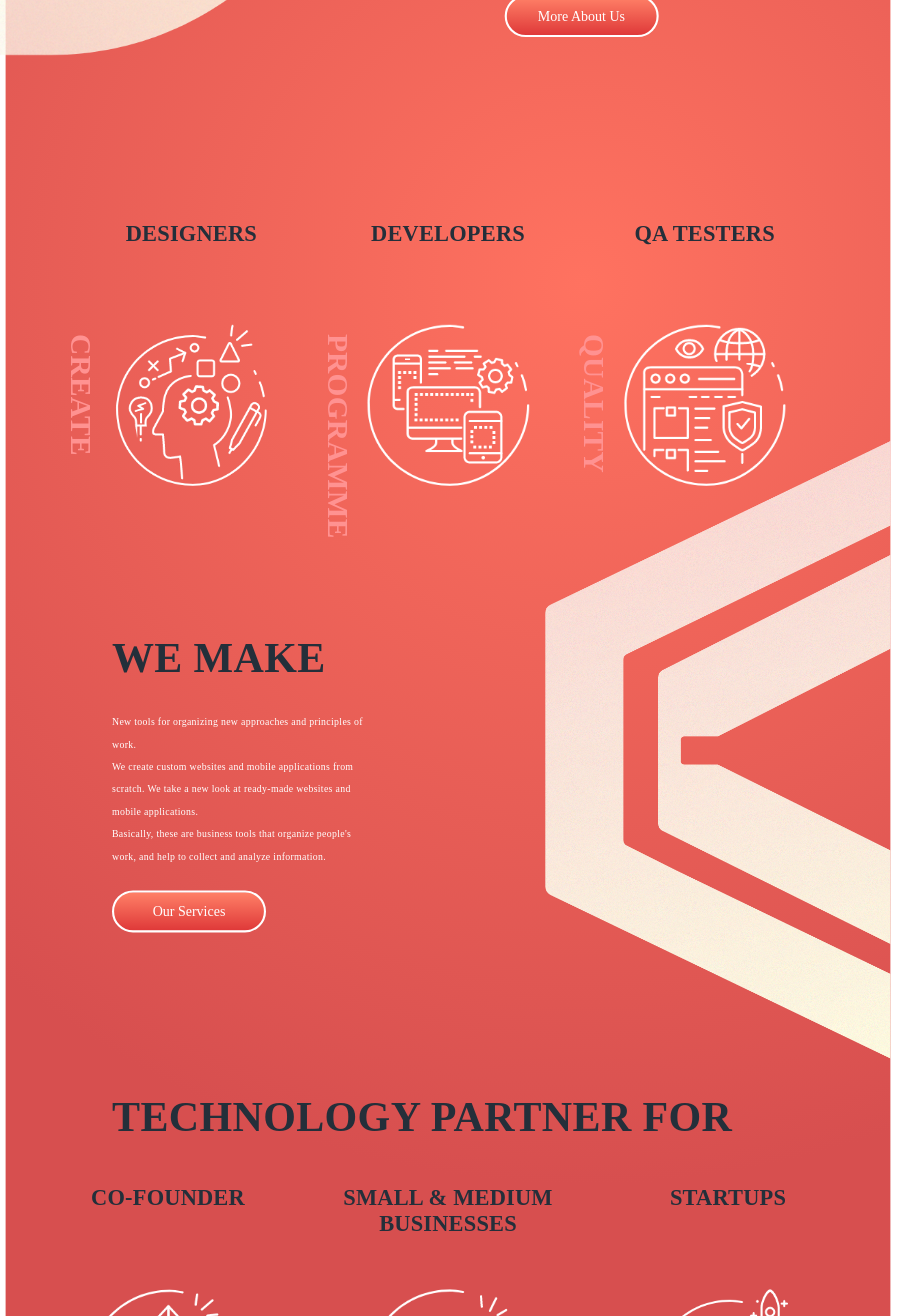
Repository: batonAnton/Ukiepro_girl
Page: index.html
These files come from the project's save history. The page is drawn as it stood at one moment and after the next save; the edit follows.
The browser window is 1280 px wide. The page is 1318 px wide, so the pictures cover 1318 px, including what lies to the right of the window. The pictures show the part of the page from y = 1410 to 3290 px (the page is 8827 px tall), at 70% of full size.

Above is the page before, as saved 2020-05-04 16:47:20.

### index.html
<!DOCTYPE html>
<html lang="en">
  <head>
    <meta charset="UTF-8" />
    <meta name="viewport" content="width=device-width, initial-scale=1.0" />
    <meta content="width=device-width, initial-scale=1" name="viewport" />
    <title>Main Page</title>
    <link rel="stylesheet" href="./Css/style.css" />
    <link rel="stylesheet" href="./Css/media-query.css" />
    <link rel="stylesheet" href="Css/owl.carousel.min.css" />

    <script
      src="https://code.jquery.com/jquery-3.4.1.slim.min.js"
      integrity="sha256-pasqAKBDmFT4eHoN2ndd6lN370kFiGUFyTiUHWhU7k8="
      crossorigin="anonymous"
    ></script>
    <script src="js/owl.carousel.min.js"></script>
    <script src="js/owl-carousel.js"></script>
  </head>
  <body>
    <div>
      <div class="block1">
        <nav>
          <a href="">services</a>
          <a href="">about</a>
          <a href="">portfolio</a>
          <a href="">contact</a>
        </nav>
        <div class="big_logo">
          <img src="./img/Combined_Shape.png" alt="" />

          <div class="btn_block1">
            <p>
              Automating your <br />
              business is up to
            </p>

            <button>Contact us</button>
          </div>
        </div>
        <div class="girl">
          <img src="./img/girl.png" alt="" />
        </div>
      </div>

      <div class="container block2">
        <div class="block2_info">
          <div class="block2_img">
            <img src="./img/block2_logo.png" alt="" />
          </div>

          <div class="weare">
            <h1 class="h1_general">we are</h1>
            <p>
              Business is not about success but about efficiency! <br />
              We are engaged in the implementation of automated <br />
              solutions for commercially-oriented projects. We <br />
              redesign in order to save your time and money.
            </p>
            <button>More about us</button>
          </div>
        </div>

        <div class="container three_img_info">
          <div class="same_img_info">
            <h1>designers</h1>
            <img src="./img/designer.png" alt="" />
            <p>create</p>
          </div>

          <div class="same_img_info">
            <h1>developers</h1>
            <img src="./img/developers.png" alt="" />
            <p>programme</p>
          </div>

          <div class="same_img_info">
            <h1>qa testers</h1>
            <img src="./img/qa.png" alt="" />
            <p>quality</p>
          </div>
        </div>

        <div class="container block2_info2">
          <div class="wemake">
            <h1 class="h1_general">we make</h1>

            <p>
              New tools for organizing new approaches and principles of <br />
              work. <br />
              We create custom websites and mobile applications from <br />
              scratch. We take a new look at ready-made websites and <br />
              mobile applications. <br />
              Basically, these are business tools that organize people's <br />
              work, and help to collect and analyze information.
            </p>

            <button>Our services</button>
          </div>

          <div class="block2_img_rombo">
            <img src="./img/rombo.png" alt="" />
          </div>
        </div>

        <div class="container block2_info2 lastblock">
          <!-- <div> -->
          <h1 class="h1_general" style="margin-left: 10%;">
            technology partner for
          </h1>
          <!-- </div> -->

          <div class="same_img_info">
            <h1>co-founder</h1>
            <img src="./img/co-founder.png" alt="" />
          </div>

          <div class="same_img_info">
            <h1>
              small & medium <br />
              businesses
            </h1>
            <img src="./img/business.png" alt="" />
          </div>

          <div class="same_img_info">
            <h1>startups</h1>
            <img src="./img/startup.png" alt="" />
          </div>
        </div>
      </div>

      <!-- block3 -->

      <div class="block3">
        <h1 class="h1_general">our projects</h1>
        <div class="container block3_same_block">
          <img src="./img/block3_1.png" alt="" />
          <div class="block3_info">
            <a href="" class="row_btn"
              >hs sports v2.0 <img src="./img/ico_next.png" alt=""
            /></a>

            <p>
              To upgrade existing HS Sports platform: completely change <br />
              design, make it more socio-oriented, submit new statistics, <br />
              create new sections and modules, update all existing <br />
              sections of the website and make it faster.
            </p>
          </div>
        </div>

        <div class="container block3_same_block block3_2">
          <img src="./img/block3_2.png" alt="" />
          <div class="block3_info_2">
            <a href="" class="row_btn"
              >hss recruiter <img src="./img/ico_next.png" alt=""
            /></a>

            <p>
              To upgrade existing HS Sports platform: completely change <br />
              design, make it more socio-oriented, submit new statistics, <br />
              create new sections and modules, update all existing <br />
              sections of the website and make it faster.
            </p>
          </div>
        </div>

        <div class="container block3_same_block">
          <img src="./img/block3_3.png" alt="" />
          <div class="block3_info">
            <a href="" class="row_btn">
              hs sport app <img src="./img/ico_next.png" alt=""
            /></a>
            <p>
              To upgrade existing HS Sports platform: completely change <br />
              design, make it more socio-oriented, submit new statistics, <br />
              create new sections and modules, update all existing <br />
              sections of the website and make it faster.
            </p>
          </div>
        </div>
        <button>view all</button>
      </div>

      <!-- block4 -->

      <div class="block4">
        <img src="./img/block4_people.png" alt="" />
        <div class="block4_info">
          <h1>THE TEAM</h1>
          <p>
            Talented developers. <br />
            We are the team of 25 talented and experienced developers. <br />
            <br />
            We started working on a startup, we engage up to 5 programmers, 1
            <br />
            QA and a manager. Thus, efficient and successful products involve 25
            <br />
            people working on them.
          </p>
        </div>
      </div>

      <!-- block5_slide carousel -->

      <div class="container block5">
        <div class="owl-carousel">
          <div class="item">
            <div class="block5_info">
              <img src="./img/img_ava.png" alt="" />
              <h1>D.Tramble</h1>
              <p>
                Oh my God! After starting an automated <br />
                process of an old business, I have got the <br />
                impression that 10 people in the company just <br />
                pretend to be working!
              </p>
            </div>
          </div>
        </div>
      </div>

      <!-- block6 anketa -->

      <div class="container block6">
        <div class="block6_info1">
          <div class="block6_info">
            <h1>get in touch</h1>
            <p>If you’ve got an issue, feel free to contact us.</p>

            <form action="">
              <!-- <label for="fname">Your name</label> <br> -->
              <input
                type="text"
                name="fname"
                id="fname"
                placeholder="Your name"
              />
              <br />
              <input
                type="number"
                id="phone"
                name="phone"
                placeholder="mobile phone"
              />
              <br />
              <input type="email" placeholder="e-mail" /> <br />
              <input type="text" name="message" id="" placeholder="Message" />
              <br />
            </form>

            <button>Send</button>
          </div>
        </div>
        <div class="block6_img" data-text="ghjghjhgj">
          <img src="./img/block6_girl.png" alt="" />
        </div>
      </div>

      <div class="container block7">
        <div class="block7_info1">
          <input
            type="image"
            id="image"
            alt="Login"
            src="./img/ukrepro_logo_foot.png"
            alt="logo"
          />
          <p>
            Company slogan or other description. <br />
            Main features that calls positive emotions <br />
            from users. Readable text, SEO, keywords <br />
            etc.
          </p>

          <input
            class="socialNet"
            type="image"
            id="image"
            alt="Login"
            src="./img/facebook.png"
            alt=""
          />
          <input
            class="socialNet"
            type="image"
            id="image"
            alt="Login"
            src="./img/instagram.png"
            alt=""
          />
        </div>

        <div class="block7_info2">
          <div class="nav_div">
            <h1>menu</h1>
            <nav>
              <a href="">Home page</a>
              <a href="">services</a>
              <a href="">about</a>
              <a href="">portfolio</a>
              <a href="">contact</a>
            </nav>
          </div>

          <div class="contacts_nav">
            <h1>contacts</h1>
            <nav>
              <a href="#location"
                ><img src="./img/icon_location.png" alt="" /> Lviv, Lemkivska
                9</a
              >
              <a href="email">
                <img src="./img/icon_email .png" alt="" /> info@ukiepro.com</a
              >
              <a href="phoneNum">
                <img src="./img/icon_phone.png" alt="" /> +38 (093) 69 81 184<br />
                +38 (099) 642 51 09</a
              >
            </nav>
          </div>
        </div>
      </div>

      <footer>
        <p>All rights reserved © 2019</p>
      </footer>
    </div>
  </body>
</html>

### Css/style.css
* {
  max-width: 100%;
}
a:hover {
  text-shadow: 0 0 16px #fff;
  transition: text-shadow 0.36s;
}

nav a:hover {
  text-decoration: underline;
}

button {
  width: 220px;
  height: 60px;
  border: none;
  border-radius: 33px;
  background-image: linear-gradient(180deg, #ff8067 0%, #df3939 100%);
  background-color: transparent;
  color: #ffffff;
  font-family: "Museo -700";
  text-transform: capitalize;
  font-size: 20px;
  transition: background-color 0.3s;
}
a {
  text-decoration: none;
}

.container {
  max-width: 100%;
  width: 1100px;
  margin-left: auto;
  margin-right: auto;
}
.block1 {
  width: 100%;
  /* height: 920px; */
  position: relative;
  box-shadow: -8px 1px 116px rgba(0, 0, 0, 0.21);
  background-image: radial-gradient(
    circle 1673px at 29.24% 114.02%,
    #22466c 0%,
    #0e1f39 100%
  );
  /* opacity: -1; */
  z-index: 2;
}

.block1 nav {
  max-width: 100%;
  width: 1050px;
  margin-left: auto;
  margin-right: auto;
  margin-top: 0;
  padding-top: 40px;

  height: 19px;
  text-align: right;
  color: #ffffff;
  font-family: "Museo 500- Regular";
  font-size: 16px;
  font-weight: 400;
  letter-spacing: 0.89px;
}
.block1 nav a {
  width: 446px;
  height: 19px;
  color: #ffffff;
  font-family: "Museo 500- Regular";
  font-size: 16px;
  font-weight: 400;
  letter-spacing: 0.84px;
  /* Text style for "Services" */
  letter-spacing: 0.89px;
  text-transform: capitalize;
}

.block1 nav a + a {
  margin-left: 30px;
}
.big_logo {
  margin: 0 auto;
  padding-bottom: 100px;
  max-width: 100%;
  width: 1200px;
  text-align: center;
}
.block1 img {
  max-width: 100%;
  width: 1226px;
  height: 309px;
  margin: 0 auto;
  padding-top: 75px;
  margin-left: auto;
  margin-right: auto;
}

p {
  margin-block-start: 0em;
  margin-block-end: 0em;
}

.block1 p {
  width: 350px;
  height: 103px;
  opacity: 0.8;
  color: #ffffff;
  font-family: "Exo 2.0- Bold";
  font-size: 30px;
  font-weight: 700;
  letter-spacing: -0.03px;
  line-height: 40px;
}
.block1 button {
  width: 220px;
  height: 60px;
  border: none;
  border-radius: 33px;
  background-image: linear-gradient(180deg, #ff8067 0%, #df3939 100%);
  color: #ffffff;
  font-family: "Museo -700";
  font-size: 20px;
}
.btn_block1 {
  text-align: left;
  margin-left: 50px;
  margin-top: 80px;
}
.block1 button {
  margin-top: 50px;
}

.block1 .girl img {
  width: 729px;
  height: 957px;
  position: absolute;
  top: 25%;
  left: 35%;
}

.block2 {
  width: 100%;
  /* height: 2851px; */
  overflow: hidden;
  padding-bottom: 300px;
  background-image: radial-gradient(
    circle 1288px at 65.32% 35.97%,
    #ff7260 0%,
    #d74f4f 100%
  );
  z-index: 0;
}
.block2_info {
  overflow: hidden;
  width: 1200px;
  padding-bottom: 210px;
  margin-left: auto;
  margin-right: auto;
}

/* .block2_img {
  width: 1306px;
  height: 895px;
  left: -25%;
  top: 85%;
  position: absolute;
} */

.block2_img img {
  left: -25%;
  top: 85%;
  position: absolute;
}

.weare {
  float: right;
  margin: 10% 10%;
}

.weare h1 {
  height: 70px;
  color: #242f3a;
  font-family: "Exo 2.0- Bold";
  font-size: 60px;
  font-weight: 700;
  letter-spacing: 0.52px;
  text-transform: uppercase;
}

.weare p {
  height: 219px;
  /* opacity: 0.9; */
  color: #ffffff;
  font-family: "Museo 500- Regular";
  font-size: 18px;
  font-weight: 400;
  letter-spacing: 0.48px;
  line-height: 32px;
  /* Text style for "Business i" */
  font-family: "Museo -700";
}

.block2_info button {
  width: 220px;
  height: 60px;
  border-radius: 33px;
  border: 3px solid #ffffff;
}

.three_img_info {
  display: flex;
  flex-direction: row;
  padding-bottom: 100px;
}

.three_img_info h1 {
  height: 38px;
  color: #242f3a;
  font-family: "Exo 2.0- Bold";
  font-size: 32px;
  font-weight: 700;
  letter-spacing: 0.28px;
  text-transform: uppercase;
}

.same_img_info {
  width: 50%;
  text-align: center;
}

.same_img_info img {
  height: 230px;
  margin-top: 60px;
}

.same_img_info p {
  width: 50px;
  margin-top: -60%;
  transform: rotate(90deg);
  color: #ff9291;
  font-family: "Exo 2.0- Bold";
  font-size: 42px;
  font-weight: 700;
  letter-spacing: 0.37px;
  text-transform: uppercase;
}

.block2_info2 {
  display: flex;
  flex-direction: row;
  height: 895px;
  width: 1200px;
  margin-left: auto;
  margin-right: auto;
}

.wemake {
  margin: 20% 0% 0% 10%;
  width: 510px;
}
.h1_general {
  height: 70px;
  color: #242f3a;
  font-family: "Exo 2.0- Bold";
  font-size: 60px;
  font-weight: 700;
  letter-spacing: 0.52px;
  text-transform: uppercase;
}

.wemake p {
  height: 256px;
  /* opacity: 0.9; */
  color: #ffffff;
  font-family: "Museo 500- Regular";
  font-size: 14px;
  font-weight: 400;
  letter-spacing: 0.48px;
  line-height: 32px;
  /* Text style for "Business i" */
  font-family: "Museo -700";
}

.block2_info2 button {
  width: 220px;
  height: 60px;
  border-radius: 33px;
  border: 3px solid #ffffff;
}

/* rombo property */

.block2_img_rombo {
  position: relative;
}

.block2_img_rombo img {
  margin: -12% 0% 0% 59%;
}

.same_img_info h1 {
  height: 68px;
  color: #242f3a;
  font-family: "Exo 2.0- Bold";
  font-size: 32px;
  font-weight: 700;
  letter-spacing: 0.28px;
  text-transform: uppercase;
}

.lastblock {
  flex-wrap: wrap;
  height: 400px;
}

.lastblock .same_img_info {
  flex: 1 1 30%;
  text-align: center;
}

/* block3 */
.block3 {
  width: 100%;
  /* height: 1982px; */
  background-color: #151f30;
  display: inline-block;
  text-align: center;
  padding-bottom: 240px;
  z-index: 2;
}

.block3 .h1_general {
  /* width: 424px; */
  height: 70px;
  margin-top: 140px;
  color: #f06868;
  font-family: "Exo 2.0- Bold";
  font-size: 60px;
  font-weight: 700;
  letter-spacing: -0.68px;
  text-transform: uppercase;
}

.block3_same_block {
  width: 1100px;
  display: block;
  margin-bottom: 60px;
}

.block3_info {
  float: right;
  margin-top: 100px;
  text-align: left;
}
.block3_info_2 {
  float: left;
  margin-top: 100px;
  text-align: left;
}

.block3 a {
  /* width: 285px; */
  height: 30px;
  color: #ffffff;
  font-family: "Exo 2.0- Bold";
  font-size: 26px;
  font-weight: 700;
  text-transform: uppercase;
}
.block3 p {
  width: 462px;
  height: 140px;
  color: #ffffff;
  font-family: "Museo 500- Regular";
  font-size: 16px;
  font-weight: 400;
  letter-spacing: 0.5px;
  line-height: 28px;
}

.block3 .row_btn img {
  width: 40px;
  height: auto;
  margin-left: 20px;
  background-color: #151f30;
  background-image: none;
}

/* block4 */

.block4 {
  background-image: radial-gradient(
    circle 518px at 51.13% 543.37%,
    #f17060 0%,
    #d65454 100%
  );
  text-align: center;
  z-index: 0;
  position: relative;
}

.block4 img {
  margin-top: -80px;
  z-index: 2;
}

.block4_info {
  position: absolute;
  z-index: 0;
  left: 40%;
  margin-left: -50px;
  top: 20%;
  margin-top: -50px;
}
.block4 h1 {
  height: 70px;
  color: #1f3040;
  font-family: "Exo 2.0- Bold";
  font-size: 60px;
  font-weight: 700;
  letter-spacing: -0.68px;
  text-transform: uppercase;
}

.block4 p {
  height: 232px;
  opacity: 0.85;
  color: #1c2b3d;
  font-family: "Museo 500- Regular";
  font-size: 18px;
  font-weight: 400;
  letter-spacing: 0.5px;
  line-height: 32px;
}

/* block5 */

.block5 {
  background-color: #151f30;
  text-align: center;
  width: auto;
}

.block5_info {
  padding: 130px 0px 130px 0px;
  width: 370px;
}

.block5 .item .block5_info img {
  width: 120px;
}



.block5 h1 {
  height: 23px;
  color: #ffffff;
  font-family: "Museo -700";
  font-size: 20px;
  letter-spacing: -0.21px;
}
.block5 p {
  height: 132px;
  color: #ffffff;
  font-family: "Museo 500- Regular";
  font-size: 18px;
  font-weight: 400;
  letter-spacing: 0.59px;
  line-height: 32px;
}

/* block6 */

.block6 {
  background-color: #1d2635;
  display: inline-flex;
  width: 100%;
}

.block6_info {
  margin: 160px 0px 0px 300px;
}

.block6 h1 {
  height: 70px;
  color: #f06868;
  font-family: "Exo 2.0- Bold";
  font-size: 60px;
  font-weight: 700;
  /* letter-spacing: 1.33px; */
  text-transform: uppercase;
}

.block6 p {
  height: 38px;
  color: #ffffff;
  font-family: "Museo 500- Regular";
  font-size: 24px;
  font-weight: 400;
  line-height: 38px;
}

.block6 form {
  /* padding: 100px; */
  margin: 70px 0px 70px 0px;
}

.block6 input {
  width: 360px;
  height: 40px;
  outline: 0;
  background-color: #1d2635;
  border-width: 0 0 2px;
  border-color: #ffffff;
  margin: 10px;
}

.block6_img {
  /* width: 40%; */
  padding-top: 50px;
  margin-left: 300px;
}

.block7 {
  width: 100%;
  display: inline-flex;
  box-shadow: -8px 1px 116px rgba(0, 0, 0, 0.21);
  background-image: radial-gradient(
    circle 2620px at 8.45% 1238.64%,
    #151f2f 0%,
    #2f4058 100%
  );
}

.block7_info1 {
  width: 40%;
  margin: 160px 0px 0px 300px;
}

.block7_info2 {
  width: 60%;
  margin: 160px 0px 0px 0px;
  display: inline-flex;
}

.block7 h1 {
  height: 23px;
  color: #ffffff;
  text-transform: capitalize;
  font-family: "Museo 500- Regular";
  font-size: 20px;
  font-weight: 400;
  letter-spacing: 1px;
  padding-bottom: 20px;
}
.block7 p {
  margin: 70px 0px 70px 0px;
  height: 120px;
  opacity: 0.6;
  color: #ffffff;
  font-family: "Museo 500- Regular";
  font-size: 16px;
  font-weight: 400;
  letter-spacing: 1px;
  line-height: 30px;
}

.block7 .socialNet {
  margin-bottom: 180px;
  padding: 10px;
}
.contacts_nav {
  margin-left: 100px;
}
.contacts_nav img {
  width: 44px;
  height: 44px;
  margin-right: 20px;
}

.block7 nav a {
  display: flex;
  color: #ffffff;
  font-family: "Museo 500- Regular";
  font-size: 16px;
  font-weight: 400;
  letter-spacing: 1px;
  line-height: 60px;
  text-transform: capitalize;
}

.block7 nav a:hover {
  text-decoration: none;
}

/* footer */

footer {
  text-align: center;
  padding: 40px 0px 40px 0px;
  background-image: linear-gradient(
    to right,
    #151f2f 0%,
    rgba(47, 64, 88, 0) 100%
  );
}

footer p {
  /* height: 30px; */
  color: #ffffff;
  font-family: "Museo 500- Regular";
  font-size: 16px;
  font-weight: 400;
  letter-spacing: 1px;
  line-height: 30px;
}

button:hover {
  background-image: none;
  background-color: #ffffff;
  color: #df3939;
  transition: background-color 0.3s;
}

Loaded but not shown: Css/owl.carousel.min.css (library); js/owl.carousel.min.js (library); js/owl-carousel.js (17 lines, source omitted); Css/media-query.css (243 lines, source omitted)

After the next save:
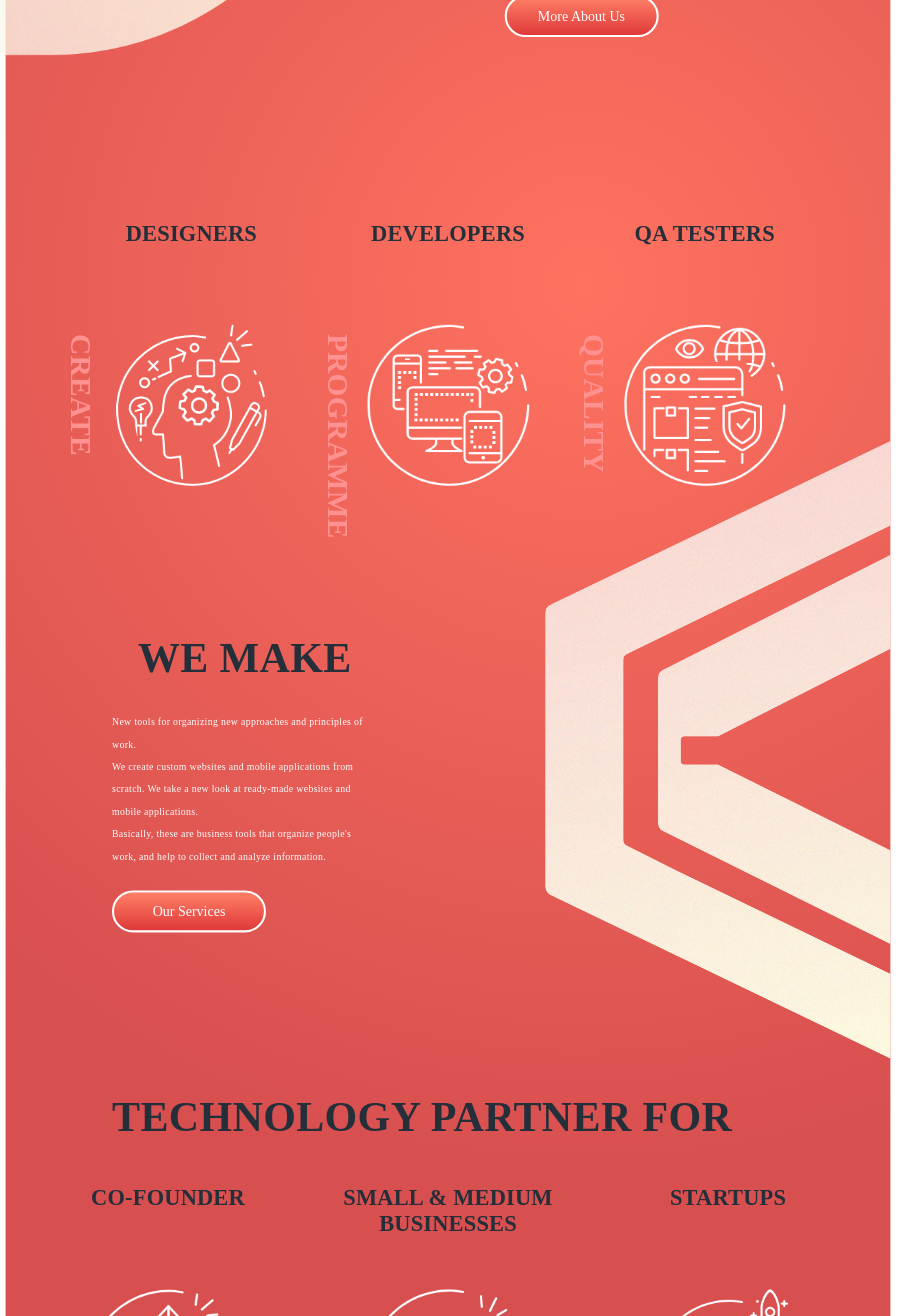
Saved 2 days later.
--- a/Css/style.css
+++ b/Css/style.css
@@ -269,6 +269,10 @@
   text-transform: uppercase;
 }
 
+.block2_info2 .h1_general {
+  margin-left: 10%;
+}
+
 .wemake p {
   height: 256px;
   /* opacity: 0.9; */
@@ -451,8 +455,6 @@
   width: 120px;
 }
 
-
-
 .block5 h1 {
   height: 23px;
   color: #ffffff;
